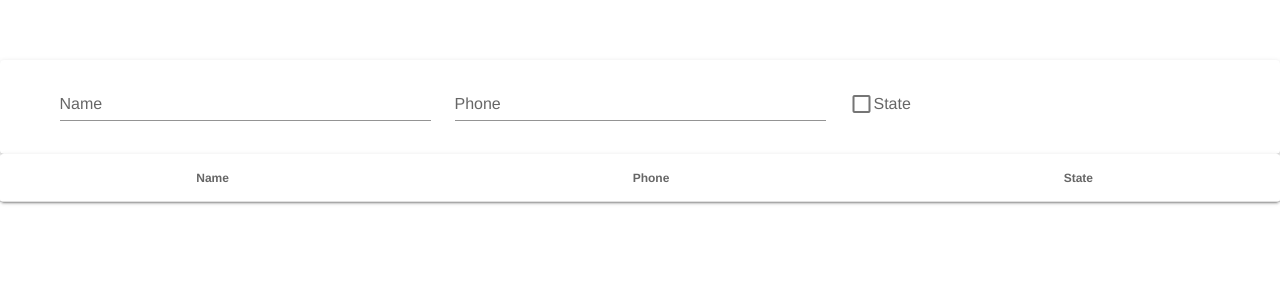
Repository: luchoCap/ContactVue-CRUD-StoryBook
Page: /
The author's editor kept a copy of each file at every save. The page is drawn from the files as they stood at one save, then again after the next save.
The browser window is 1280 px wide. The pictures show the whole page.
The page's requests for data from a server got no answer. The project was rebuilt for these pictures with package versions that can differ from the ones it lists, and the page was loaded fresh each time. No one was signed in, and anything a server would have sent is missing. Also part of the build but not shown: vue.config.js.

Above is the page before, as saved 2020-11-23 21:42:35.

### src/App.vue
<template>
  <div id="app">
    <v-card>
      <ContactForm />
    </v-card>
    <v-card>
      <ContactList />
    </v-card>

  </div>
</template>

<script>
import ContactList from './components/Contact/ContactList.vue'
import ContactForm from './components/Contact/ContactForm'

export default {
  name: 'App',
  components: {
    ContactList,
    ContactForm
  }
}
</script>

<style>
#app {
  font-family: Avenir, Helvetica, Arial, sans-serif;
  -webkit-font-smoothing: antialiased;
  -moz-osx-font-smoothing: grayscale;
  text-align: center;
  color: #2c3e50;
  margin-top: 60px;
}
</style>

### src/components/Contact/ContactList.vue
<template>
  <v-simple-table>
    <template v-slot:default>
      <thead>
        <tr>
          <th class="text-left">
            Name
          </th>
          <th class="text-left">
            Phone
          </th>
          <th class="text-left">
            State
          </th>
        </tr>
      </thead>
      <tbody>
        <tr
          v-for="item in contacts"
          :key="item.name"
        >
          <td>{{ item.name }}</td>
          <td>{{ item.phone }}</td>
          <td>{{ item.state }}</td>
        </tr>
      </tbody>
    </template>
  </v-simple-table>
</template>



<script>
import contactProvider from '../../providers/contactProvider'
  export default {
    data: () => ({
      contacts:[]
    }),
    mounted(){
        this.getContacts()
    },
    methods: {
      getContacts(){
          contactProvider.showContacts()
          .then((contacts) => {
              this.contacts = contacts
          })
          .catch((error) => console.log(error))
      }
    },
  }
</script>

### src/components/Contact/ContactForm.vue
<template>
  <v-form>
    <v-container>
      <v-row>
        <v-col
          cols="12"
          md="4"
        >
          <v-text-field
            v-model="name"
            label="Name"
            required
          ></v-text-field>
        </v-col>

        <v-col
          cols="12"
          md="4"
        >
          <v-text-field
            v-model="phone"
            label="Phone"
            required
          ></v-text-field>
        </v-col>

        <v-col
          cols="12"
          md="4"
        >
          <v-checkbox
            v-model="state"
            label="State"
        ></v-checkbox>
        </v-col>
      </v-row>
    </v-container>
  </v-form>
</template>

<script>
  export default {
    data: () => ({
      name: '',
      phone: '',
      state:false,
    }),
  }
</script>

### src/providers/contactProvider.js
import axios from 'axios'

class contactProvider{

    createContact(form){
        return new Promise((resolve,reject) => {
            axios.post(process.env.VUE_APP_APIHOST+'/api/contact',form)
            .then((response) => {
                console.log(response)
                resolve(response.data);
            })
            .catch((error) => {
                console.error(error);
                reject(error)
                //@TODO Implementar manejo de error
            })
        })
    }

    editContact(id,form){
        return new Promise((resolve,reject) => {
            axios.put(process.env.VUE_APP_APIHOST+'/api/contact/:'+id,form)
            .then((response) => {
                console.log(response)
                resolve(response.data);
            })
            .catch((error) => {
                console.error(error);
                reject(error)
                //@TODO Implementar manejo de error
            })
        })
    }

    deleteContact(id){
        return new Promise((resolve,reject) => {
            axios.put(process.env.VUE_APP_APIHOST+'/api/contact/:'+id)
            .then((response) => {
                console.log(response)
                resolve(response.data);
            })
            .catch((error) => {
                console.error(error);
                reject(error)
                //@TODO Implementar manejo de error
            })
        })
    }

    showContacts(){
        return new Promise((resolve,reject) => {
            axios.get(process.env.VUE_APP_APIHOST+'/api/contact')
            .then((response) => {
                console.log(response)
                resolve(response.data);
            })
            .catch((error) => {
                console.error(error);
                reject(error)
                //@TODO Implementar manejo de error
            })
        })
    }
}


export default new contactProvider()

Loaded but not shown: public/index.html (common file); src/main.js (common file); src/plugins/vuetify.js (common file)

After the next save:
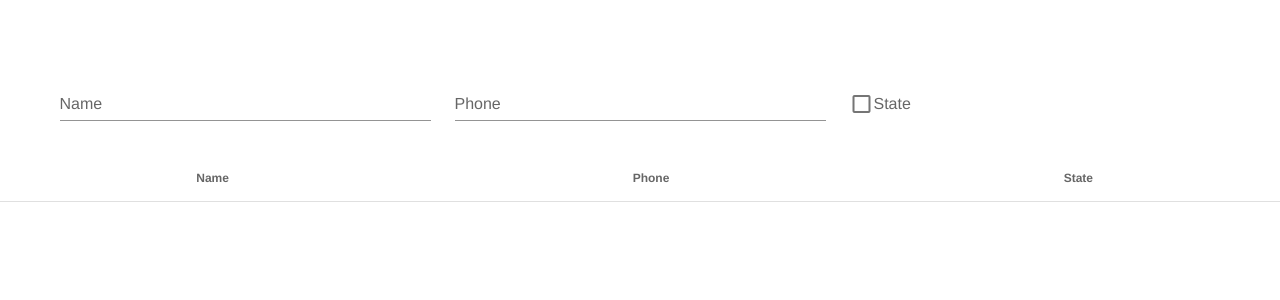
Saved 99 s later.
--- a/src/App.vue
+++ b/src/App.vue
@@ -1,12 +1,7 @@
 <template>
   <div id="app">
-    <v-card>
-      <ContactForm />
-    </v-card>
-    <v-card>
-      <ContactList />
-    </v-card>
-
+    <ContactForm />
+    <ContactList />
   </div>
 </template>
 
